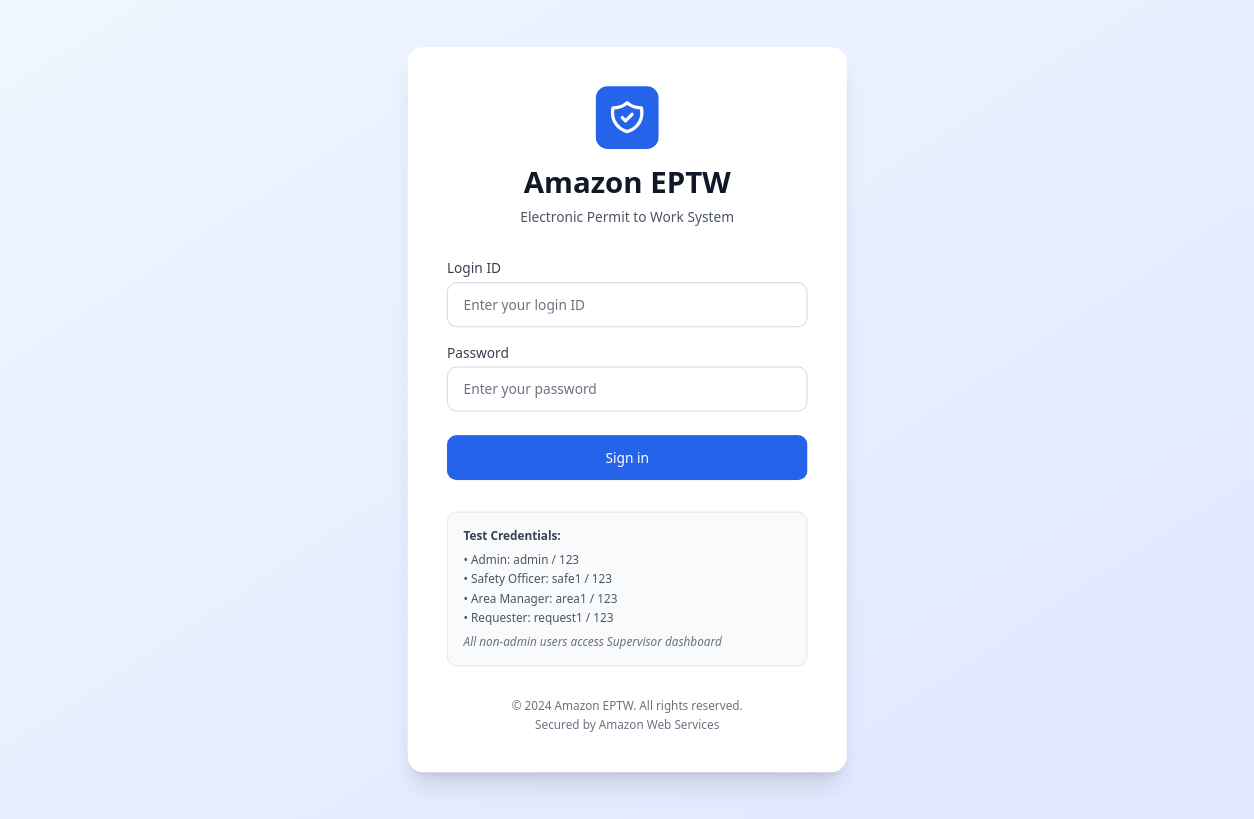
Repository: anamika-webdev/AEPTW
Page: / (app in frontend/)
These files come from the project's save history. The page is drawn as it stood at one moment and after the next save; the edit follows.
The browser window is 1280 px wide. The pictures show the whole page, at 98% of full size.
The page's requests for data from a server got no answer. The project was rebuilt for these pictures with package versions that can differ from the ones it lists, and the page was loaded fresh each time. No one was signed in, and anything a server would have sent is missing. Also part of the build but not shown: frontend/vite.config.ts, frontend/src/components/ui/card.tsx, frontend/src/components/ui/button.tsx, frontend/src/services/permit.service.ts, frontend/src/services/site.service.ts, frontend/src/services/user.service.ts, frontend/src/components/common/LoadingSpinner.tsx, frontend/src/pages/admin/AdminDashboard.tsx and 8 more.

Above is the page before, as saved 2025-11-24 21:23:46.

### frontend/index.html
<!DOCTYPE html>
<html lang="en">
  <head>
    <meta charset="UTF-8" />
    <link rel="icon" type="image/svg+xml" href="/vite.svg" />
    <meta name="viewport" content="width=device-width, initial-scale=1.0" />
    <title>Amazon EPTW - Electronic Permit to Work</title>
    <meta name="description" content="Amazon Electronic Permit to Work (EPTW) Dashboard - Safety Management System" />
  </head>
  <body>
    <div id="root"></div>
    <script type="module" src="/src/main.tsx"></script>
  </body>
</html>

### frontend/src/App.tsx
import React, { useState } from 'react';
import LoginPage from './pages/auth/LoginPage';
import AdminDashboard from './pages/admin/AdminDashboard';
import { SupervisorDashboard } from './components/supervisor/SupervisorDashboard';
import Sidebar from './components/common/Sidebar';
import Header from './components/common/Header';

// User interface that matches backend response
interface User {
  id: number;
  login_id: string;
  full_name: string;
  email: string;
  role: string; // Database role: Admin, Approver_Safety, Approver_AreaManager, Requester
  frontendRole?: 'Admin' | 'Supervisor' | 'Worker'; // Mapped role for UI
  department?: string;
  signature_url?: string;
  created_at?: string;
}

// Role Mapping Function
function mapDatabaseRoleToFrontend(dbRole: string): 'Admin' | 'Supervisor' | 'Worker' {
  // Map all roles to Supervisor except Admin
  if (dbRole === 'Admin') {
    return 'Admin';
  }
  // Approver_Safety, Approver_AreaManager, Requester all map to Supervisor
  return 'Supervisor';
}

// App Context
export interface AppContextType {
  currentUser: User | null;
  setCurrentUser: (user: User | null) => void;
}

const AppContext = React.createContext<AppContextType | undefined>(undefined);

export const useAppContext = (): AppContextType => {
  const context = React.useContext(AppContext);
  if (!context) {
    throw new Error('useAppContext must be used within AppProvider');
  }
  return context;
};

export const AppProvider: React.FC<{ children: React.ReactNode }> = ({ children }) => {
  const [currentUser, setCurrentUser] = React.useState<User | null>(null);

  const value: AppContextType = {
    currentUser,
    setCurrentUser,
  };

  return <AppContext.Provider value={value}>{children}</AppContext.Provider>;
};

// Main App Component
function App() {
  const [currentUser, setCurrentUser] = useState<User | null>(null);
  const [currentPage, setCurrentPage] = useState<string>('dashboard');
  const [isMobileMenuOpen, setIsMobileMenuOpen] = useState(false);

  const handleLogin = (user: User) => {
    // Map the database role to frontend role
    const mappedUser: User = {
      ...user,
      frontendRole: mapDatabaseRoleToFrontend(user.role)
    };

    setCurrentUser(mappedUser);

    // Set initial page based on MAPPED role
    if (mappedUser.frontendRole === 'Admin') {
      setCurrentPage('admin-dashboard');
    } else {
      // Everyone else gets Supervisor dashboard
      setCurrentPage('supervisor-dashboard');
    }

    console.log('User logged in:', {
      name: mappedUser.full_name,
      databaseRole: user.role,
      frontendRole: mappedUser.frontendRole,
      initialPage: mappedUser.frontendRole === 'Admin' ? 'admin-dashboard' : 'supervisor-dashboard'
    });
  };

  const handleLogout = () => {
    setCurrentUser(null);
    setCurrentPage('dashboard');
    localStorage.removeItem('token');
    localStorage.removeItem('user');
    console.log('User logged out');
  };

  const handleNavigate = (page: string) => {
    setCurrentPage(page);
    console.log('Navigating to:', page);
  };

  // Render dashboard based on current page and user role
  const renderDashboard = () => {
    const frontendRole = currentUser?.frontendRole;

    console.log('Rendering dashboard:', {
      currentPage,
      frontendRole,
      databaseRole: currentUser?.role
    });

    // Admin Dashboard Routes
    if (frontendRole === 'Admin') {
      if (currentPage === 'admin-dashboard' || currentPage === 'all-permits' ||
          currentPage === 'site-management' || currentPage === 'user-management') {
        return <AdminDashboard currentPage={currentPage} onNavigate={handleNavigate} />;
      }
      // Default for admin
      return <AdminDashboard currentPage="admin-dashboard" onNavigate={handleNavigate} />;
    }

    // Supervisor Dashboard Routes (for all non-admin users)
    if (frontendRole === 'Supervisor') {
      if (currentPage === 'supervisor-dashboard' || currentPage === 'create-permit' ||
          currentPage === 'worker-list') {
        return <SupervisorDashboard />;
      }
      // Default for supervisor
      return <SupervisorDashboard />;
    }

    // Fallback
    return (
      <div className="p-8">
        <div className="max-w-4xl mx-auto">
          <h1 className="mb-4 text-2xl font-bold text-gray-900">Welcome to Amazon EPTW</h1>
          <div className="p-6 space-y-4 bg-white rounded-lg shadow">
            <div className="flex items-center space-x-3">
              <div className="flex items-center justify-center w-12 h-12 bg-blue-100 rounded-full">
                <span className="text-xl font-semibold text-blue-600">
                  {currentUser?.full_name?.charAt(0) || '?'}
                </span>
              </div>
              <div>
                <p className="text-lg font-semibold text-gray-900">{currentUser?.full_name}</p>
                <p className="text-sm text-gray-600">{currentUser?.email}</p>
              </div>
            </div>
            <div className="pt-4 border-t">
              <dl className="grid grid-cols-2 gap-4">
                <div>
                  <dt className="text-sm font-medium text-gray-500">Database Role</dt>
                  <dd className="mt-1 text-sm text-gray-900">{currentUser?.role}</dd>
                </div>
                <div>
                  <dt className="text-sm font-medium text-gray-500">Dashboard Access</dt>
                  <dd className="mt-1 text-sm text-gray-900">{frontendRole}</dd>
                </div>
                <div>
                  <dt className="text-sm font-medium text-gray-500">Department</dt>
                  <dd className="mt-1 text-sm text-gray-900">{currentUser?.department || 'N/A'}</dd>
                </div>
                <div>
                  <dt className="text-sm font-medium text-gray-500">Login ID</dt>
                  <dd className="mt-1 text-sm text-gray-900">{currentUser?.login_id}</dd>
                </div>
              </dl>
            </div>
          </div>
        </div>
      </div>
    );
  };

  return (
    <AppProvider>
      <div className="min-h-screen bg-gray-50">
        {!currentUser ? (
          <LoginPage onLogin={handleLogin} />
        ) : (
          <div className="flex h-screen overflow-hidden">
            {/* Sidebar */}
            <Sidebar
              currentUser={currentUser}
              currentPage={currentPage}
              onNavigate={handleNavigate}
              onLogout={handleLogout}
              isMobileMenuOpen={isMobileMenuOpen}
              onMobileMenuClose={() => setIsMobileMenuOpen(false)}
            />

            {/* Main Content */}
            <div className="flex flex-col flex-1 overflow-hidden lg:ml-64">
              {/* Header */}
              <Header
                currentUser={currentUser}
                onMenuClick={() => setIsMobileMenuOpen(true)}
                onLogout={handleLogout}
              />

              {/* Dashboard Content */}
              <main className="flex-1 overflow-y-auto bg-slate-50">
                {renderDashboard()}
              </main>
            </div>
          </div>
        )}
      </div>
    </AppProvider>
  );
}

export default App;

### frontend/src/index.css
@tailwind base;
@tailwind components;
@tailwind utilities;

@layer base {
  * {
    @apply border-border;
  }

  body {
    @apply bg-background text-foreground;
    font-feature-settings: "rlig" 1, "calt" 1;
  }
}

@layer utilities {
  .animate-fade-in {
    animation: fadeIn 0.5s ease-in;
  }

  @keyframes fadeIn {
    from {
      opacity: 0;
      transform: translateY(-10px);
    }
    to {
      opacity: 1;
      transform: translateY(0);
    }
  }
}

### frontend/src/pages/auth/LoginPage.tsx
import { useState } from 'react';
import axios from 'axios';

// User interface
interface User {
  id: number;
  login_id: string;
  full_name: string;
  email: string;
  role: string;
  frontendRole?: 'Admin' | 'Supervisor' | 'Worker';
  department?: string;
  created_at?: string;
}

interface LoginPageProps {
  onLogin: (user: User) => void;
}

// Role mapping function (inline to avoid import issues)
function mapDatabaseRoleToFrontend(dbRole: string): 'Admin' | 'Supervisor' | 'Worker' {
  if (dbRole === 'Admin') {
    return 'Admin';
  }
  return 'Supervisor';
}

const LoginPage: React.FC<LoginPageProps> = ({ onLogin }) => {
  const [loginId, setLoginId] = useState('');
  const [password, setPassword] = useState('');
  const [loading, setLoading] = useState(false);
  const [error, setError] = useState('');

  const API_BASE_URL = import.meta.env.VITE_API_BASE_URL || 'http://localhost:5000/api';

  const handleSubmit = async (e: React.FormEvent) => {
    e.preventDefault();
    setLoading(true);
    setError('');

    try {
      const response = await axios.post(`${API_BASE_URL}/v1/auth/login`, {
        login_id: loginId,
        password,
      });

      if (response.data.success) {
        const { token, user } = response.data;

        // Map database role to frontend role
        const mappedUser: User = {
          ...user,
          frontendRole: mapDatabaseRoleToFrontend(user.role)
        };

        console.log('Login successful:', {
          databaseRole: user.role,
          frontendRole: mappedUser.frontendRole
        });

        localStorage.setItem('token', token);
        localStorage.setItem('user', JSON.stringify(mappedUser));

        onLogin(mappedUser);
      }
    } catch (err: any) {
      console.error('Login error:', err);
      setError(
        err.response?.data?.message ||
        'Login failed. Please check your credentials.'
      );
    } finally {
      setLoading(false);
    }
  };

  return (
    <div className="flex items-center justify-center min-h-screen px-4 py-12 bg-gradient-to-br from-blue-50 to-indigo-100 sm:px-6 lg:px-8">
      <div className="w-full max-w-md p-10 space-y-8 bg-white shadow-xl rounded-2xl">
        {/* Logo and Title */}
        <div className="text-center">
          <div className="flex justify-center mb-4">
            <div className="flex items-center justify-center w-16 h-16 bg-blue-600 rounded-xl">
              <svg
                className="w-10 h-10 text-white"
                fill="none"
                stroke="currentColor"
                viewBox="0 0 24 24"
              >
                <path
                  strokeLinecap="round"
                  strokeLinejoin="round"
                  strokeWidth={2}
                  d="M9 12l2 2 4-4m5.618-4.016A11.955 11.955 0 0112 2.944a11.955 11.955 0 01-8.618 3.04A12.02 12.02 0 003 9c0 5.591 3.824 10.29 9 11.622 5.176-1.332 9-6.03 9-11.622 0-1.042-.133-2.052-.382-3.016z"
                />
              </svg>
            </div>
          </div>
          <h2 className="text-3xl font-extrabold text-gray-900">
            Amazon EPTW
          </h2>
          <p className="mt-2 text-sm text-gray-600">
            Electronic Permit to Work System
          </p>
        </div>

        {/* Login Form */}
        <form className="mt-8 space-y-6" onSubmit={handleSubmit}>
          <div className="space-y-4">
            <div>
              <label htmlFor="login_id" className="block mb-1 text-sm font-medium text-gray-700">
                Login ID
              </label>
              <input
                id="login_id"
                name="login_id"
                type="text"
                autoComplete="username"
                required
                value={loginId}
                onChange={(e) => setLoginId(e.target.value)}
                className="relative block w-full px-4 py-3 text-gray-900 placeholder-gray-500 border border-gray-300 rounded-lg appearance-none focus:outline-none focus:ring-2 focus:ring-blue-500 focus:border-blue-500 focus:z-10 sm:text-sm"
                placeholder="Enter your login ID"
              />
            </div>

            <div>
              <label htmlFor="password" className="block mb-1 text-sm font-medium text-gray-700">
                Password
              </label>
              <input
                id="password"
                name="password"
                type="password"
                autoComplete="current-password"
                required
                value={password}
                onChange={(e) => setPassword(e.target.value)}
                className="relative block w-full px-4 py-3 text-gray-900 placeholder-gray-500 border border-gray-300 rounded-lg appearance-none focus:outline-none focus:ring-2 focus:ring-blue-500 focus:border-blue-500 focus:z-10 sm:text-sm"
                placeholder="Enter your password"
              />
            </div>
          </div>

          {error && (
            <div className="p-4 border border-red-200 rounded-lg bg-red-50">
              <div className="flex">
                <svg
                  className="w-5 h-5 text-red-400"
                  viewBox="0 0 20 20"
                  fill="currentColor"
                >
                  <path
                    fillRule="evenodd"
                    d="M10 18a8 8 0 100-16 8 8 0 000 16zM8.707 7.293a1 1 0 00-1.414 1.414L8.586 10l-1.293 1.293a1 1 0 101.414 1.414L10 11.414l1.293 1.293a1 1 0 001.414-1.414L11.414 10l1.293-1.293a1 1 0 00-1.414-1.414L10 8.586 8.707 7.293z"
                    clipRule="evenodd"
                  />
                </svg>
                <p className="ml-3 text-sm text-red-800">{error}</p>
              </div>
            </div>
          )}

          <div>
            <button
              type="submit"
              disabled={loading}
              className="relative flex justify-center w-full px-4 py-3 text-sm font-medium text-white transition-colors duration-200 bg-blue-600 border border-transparent rounded-lg group hover:bg-blue-700 focus:outline-none focus:ring-2 focus:ring-offset-2 focus:ring-blue-500 disabled:opacity-50 disabled:cursor-not-allowed"
            >
              {loading ? (
                <span className="flex items-center">
                  <svg
                    className="w-5 h-5 mr-3 -ml-1 text-white animate-spin"
                    fill="none"
                    viewBox="0 0 24 24"
                  >
                    <circle
                      className="opacity-25"
                      cx="12"
                      cy="12"
                      r="10"
                      stroke="currentColor"
                      strokeWidth="4"
                    />
                    <path
                      className="opacity-75"
                      fill="currentColor"
                      d="M4 12a8 8 0 018-8V0C5.373 0 0 5.373 0 12h4zm2 5.291A7.962 7.962 0 014 12H0c0 3.042 1.135 5.824 3 7.938l3-2.647z"
                    />
                  </svg>
                  Signing in...
                </span>
              ) : (
                'Sign in'
              )}
            </button>
          </div>
        </form>

        {/* Demo Credentials */}
        <div className="p-4 mt-6 border border-gray-200 rounded-lg bg-gray-50">
          <p className="mb-2 text-xs font-semibold text-gray-700">Test Credentials:</p>
          <div className="space-y-1 text-xs text-gray-600">
            <p>• <span className="font-medium">Admin:</span> admin / 123</p>
            <p>• <span className="font-medium">Safety Officer:</span> safe1 / 123</p>
            <p>• <span className="font-medium">Area Manager:</span> area1 / 123</p>
            <p>• <span className="font-medium">Requester:</span> request1 / 123</p>
          </div>
          <p className="mt-2 text-xs italic text-gray-500">
            All non-admin users access Supervisor dashboard
          </p>
        </div>

        {/* Footer */}
        <div className="text-xs text-center text-gray-500">
          <p>© 2024 Amazon EPTW. All rights reserved.</p>
          <p className="mt-1">Secured by Amazon Web Services</p>
        </div>
      </div>
    </div>
  );
};

export default LoginPage;

Loaded but not shown: frontend/src/main.tsx (common file); frontend/tailwind.config.js (44 lines, source omitted)

After the next save:
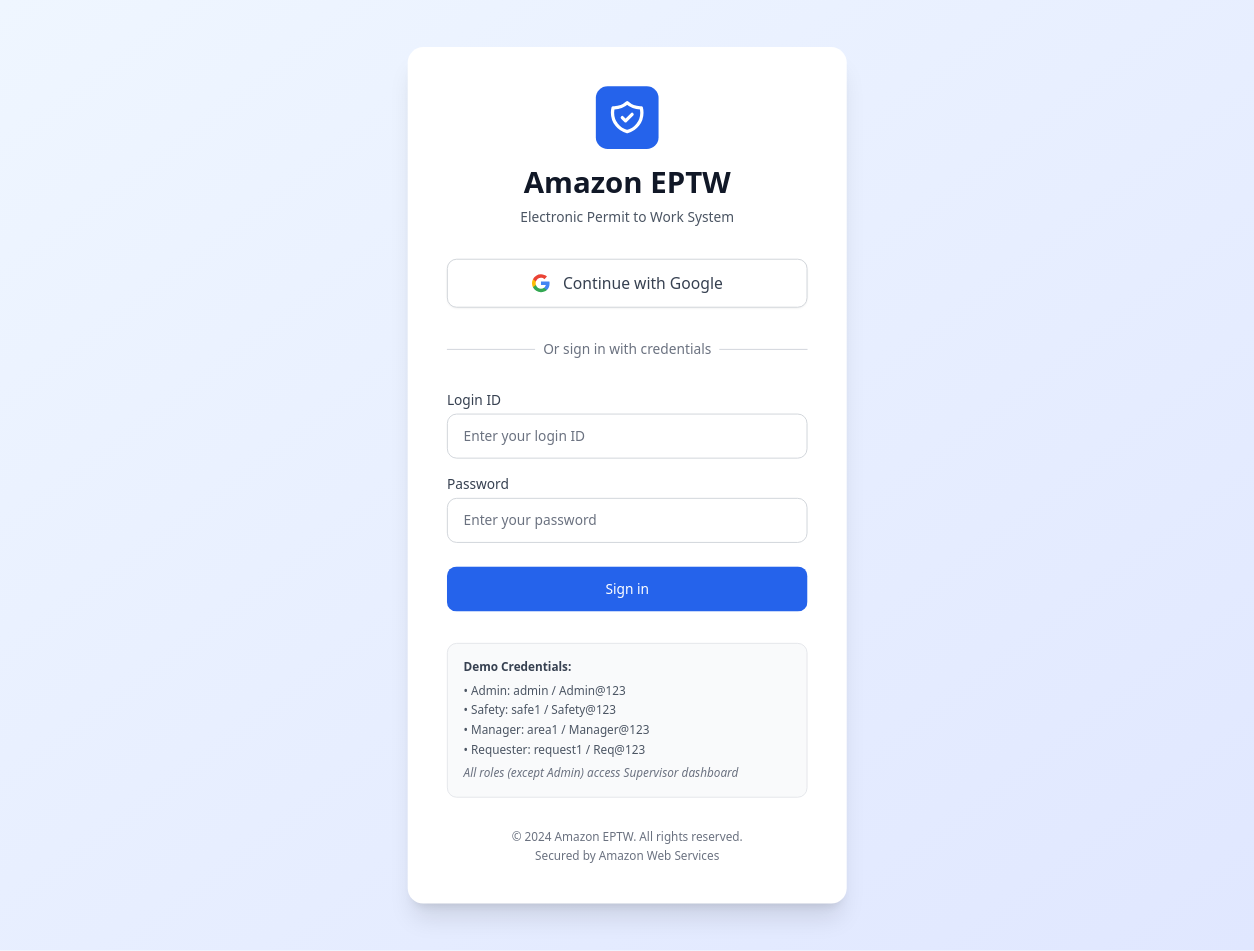
Saved 2 min 8 s later.
--- a/frontend/src/pages/auth/LoginPage.tsx
+++ b/frontend/src/pages/auth/LoginPage.tsx
@@ -10,6 +10,7 @@
   role: string;
   frontendRole?: 'Admin' | 'Supervisor' | 'Worker';
   department?: string;
+  auth_provider?: 'local' | 'google';
   created_at?: string;
 }
 
@@ -17,7 +18,7 @@
   onLogin: (user: User) => void;
 }
 
-// Role mapping function (inline to avoid import issues)
+// Role mapping function
 function mapDatabaseRoleToFrontend(dbRole: string): 'Admin' | 'Supervisor' | 'Worker' {
   if (dbRole === 'Admin') {
     return 'Admin';
@@ -33,6 +34,7 @@
 
   const API_BASE_URL = import.meta.env.VITE_API_BASE_URL || 'http://localhost:5000/api';
 
+  // Regular login with password
   const handleSubmit = async (e: React.FormEvent) => {
     e.preventDefault();
     setLoading(true);
@@ -55,7 +57,8 @@
 
         console.log('Login successful:', {
           databaseRole: user.role,
-          frontendRole: mappedUser.frontendRole
+          frontendRole: mappedUser.frontendRole,
+          authProvider: user.auth_provider || 'local'
         });
 
         localStorage.setItem('token', token);
@@ -65,13 +68,24 @@
       }
     } catch (err: any) {
       console.error('Login error:', err);
-      setError(
-        err.response?.data?.message ||
-        'Login failed. Please check your credentials.'
-      );
+      const errorMessage = err.response?.data?.message;
+
+      if (err.response?.status === 401) {
+        setError('Invalid login credentials. Please check your Login ID and password.');
+      } else if (err.response?.status === 400) {
+        setError(errorMessage || 'Please enter both Login ID and password.');
+      } else {
+        setError('Login failed. Please try again or contact support.');
+      }
     } finally {
       setLoading(false);
     }
+  };
+
+  // Google SSO login
+  const handleGoogleLogin = () => {
+    // Redirect to backend Google OAuth endpoint
+    window.location.href = `${API_BASE_URL}/v1/auth/google`;
   };
 
   return (
@@ -104,6 +118,45 @@
           </p>
         </div>
 
+        {/* Google SSO Button */}
+        <div>
+          <button
+            type="button"
+            onClick={handleGoogleLogin}
+            className="flex items-center justify-center w-full gap-3 px-4 py-3 font-medium text-gray-700 transition-colors duration-200 bg-white border border-gray-300 rounded-lg shadow-sm hover:bg-gray-50"
+          >
+            <svg className="w-5 h-5" viewBox="0 0 24 24">
+              <path
+                fill="#4285F4"
+                d="M22.56 12.25c0-.78-.07-1.53-.2-2.25H12v4.26h5.92c-.26 1.37-1.04 2.53-2.21 3.31v2.77h3.57c2.08-1.92 3.28-4.74 3.28-8.09z"
+              />
+              <path
+                fill="#34A853"
+                d="M12 23c2.97 0 5.46-.98 7.28-2.66l-3.57-2.77c-.98.66-2.23 1.06-3.71 1.06-2.86 0-5.29-1.93-6.16-4.53H2.18v2.84C3.99 20.53 7.7 23 12 23z"
+              />
+              <path
+                fill="#FBBC05"
+                d="M5.84 14.09c-.22-.66-.35-1.36-.35-2.09s.13-1.43.35-2.09V7.07H2.18C1.43 8.55 1 10.22 1 12s.43 3.45 1.18 4.93l2.85-2.22.81-.62z"
+              />
+              <path
+                fill="#EA4335"
+                d="M12 5.38c1.62 0 3.06.56 4.21 1.64l3.15-3.15C17.45 2.09 14.97 1 12 1 7.7 1 3.99 3.47 2.18 7.07l3.66 2.84c.87-2.6 3.3-4.53 6.16-4.53z"
+              />
+            </svg>
+            <span>Continue with Google</span>
+          </button>
+        </div>
+
+        {/* Divider */}
+        <div className="relative">
+          <div className="absolute inset-0 flex items-center">
+            <div className="w-full border-t border-gray-300"></div>
+          </div>
+          <div className="relative flex justify-center text-sm">
+            <span className="px-2 text-gray-500 bg-white">Or sign in with credentials</span>
+          </div>
+        </div>
+
         {/* Login Form */}
         <form className="mt-8 space-y-6" onSubmit={handleSubmit}>
           <div className="space-y-4">
@@ -142,11 +195,12 @@
             </div>
           </div>
 
+          {/* Error Message */}
           {error && (
             <div className="p-4 border border-red-200 rounded-lg bg-red-50">
               <div className="flex">
                 <svg
-                  className="w-5 h-5 text-red-400"
+                  className="flex-shrink-0 w-5 h-5 text-red-400"
                   viewBox="0 0 20 20"
                   fill="currentColor"
                 >
@@ -161,6 +215,7 @@
             </div>
           )}
 
+          {/* Submit Button */}
           <div>
             <button
               type="submit"
@@ -199,15 +254,15 @@
 
         {/* Demo Credentials */}
         <div className="p-4 mt-6 border border-gray-200 rounded-lg bg-gray-50">
-          <p className="mb-2 text-xs font-semibold text-gray-700">Test Credentials:</p>
+          <p className="mb-2 text-xs font-semibold text-gray-700">Demo Credentials:</p>
           <div className="space-y-1 text-xs text-gray-600">
-            <p>• <span className="font-medium">Admin:</span> admin / 123</p>
-            <p>• <span className="font-medium">Safety Officer:</span> safe1 / 123</p>
-            <p>• <span className="font-medium">Area Manager:</span> area1 / 123</p>
-            <p>• <span className="font-medium">Requester:</span> request1 / 123</p>
+            <p>• <span className="font-medium">Admin:</span> admin / Admin@123</p>
+            <p>• <span className="font-medium">Safety:</span> safe1 / Safety@123</p>
+            <p>• <span className="font-medium">Manager:</span> area1 / Manager@123</p>
+            <p>• <span className="font-medium">Requester:</span> request1 / Req@123</p>
           </div>
           <p className="mt-2 text-xs italic text-gray-500">
-            All non-admin users access Supervisor dashboard
+            All roles (except Admin) access Supervisor dashboard
           </p>
         </div>
 
